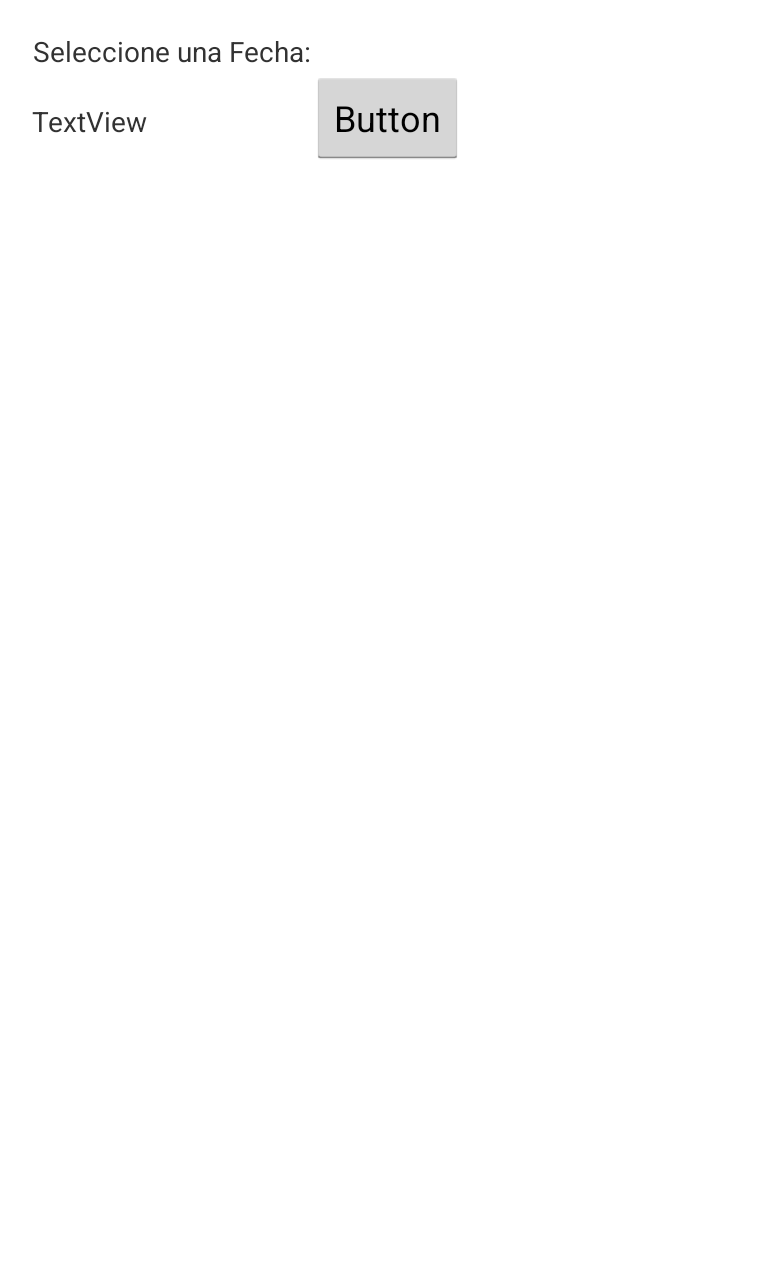
Repository: G3rcar/Android-I
Layout: Clase09DatePicker/res/layout/activity_main.xml
These files come from the project's save history. The layout is drawn as it stood at one moment and after the next save; the edit follows.
It is drawn on a 768 x 1280 px phone screen (xhdpi) without system bars, with theme AppTheme; the app's code is not run.

Above is the layout before, as saved 2013-11-06 13:43:07.

After the next save:
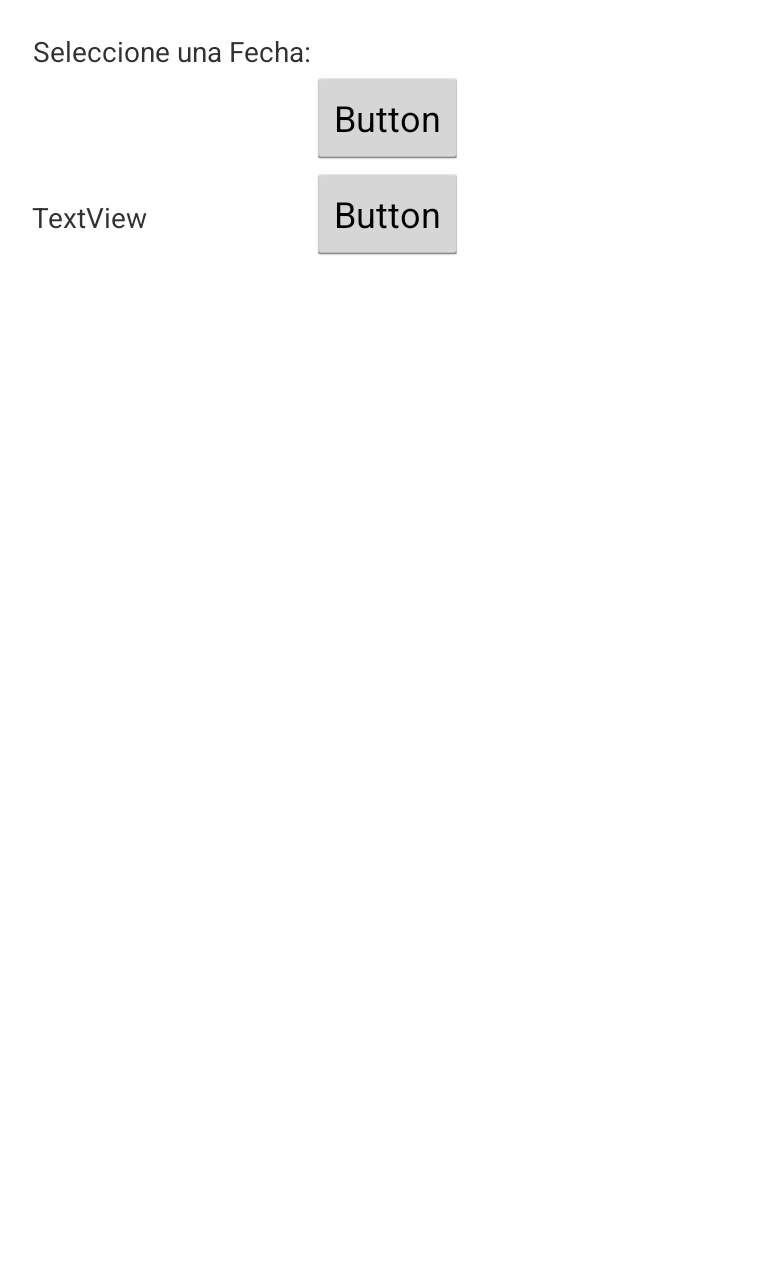
Saved 105 s later.
--- a/Clase09DatePicker/res/layout/activity_main.xml
+++ b/Clase09DatePicker/res/layout/activity_main.xml
@@ -29,10 +29,9 @@
         android:layout_height="wrap_content" >
 
         <TextView
-            android:id="@+id/textView2"
+            android:id="@+id/txtDate"
             android:layout_width="match_parent"
-            android:layout_height="wrap_content"
-            android:text="TextView" />
+            android:layout_height="wrap_content" />
 
         <Button
             android:id="@+id/button1"
@@ -42,4 +41,23 @@
 
     </TableRow>
 
+    <TableRow
+        android:id="@+id/tableRow3"
+        android:layout_width="wrap_content"
+        android:layout_height="wrap_content" >
+
+        <TextView
+            android:id="@+id/txtTime"
+            android:layout_width="wrap_content"
+            android:layout_height="wrap_content"
+            android:text="TextView" />
+
+        <Button
+            android:id="@+id/button2"
+            android:layout_width="wrap_content"
+            android:layout_height="wrap_content"
+            android:text="Button" />
+
+    </TableRow>
+
 </TableLayout>
